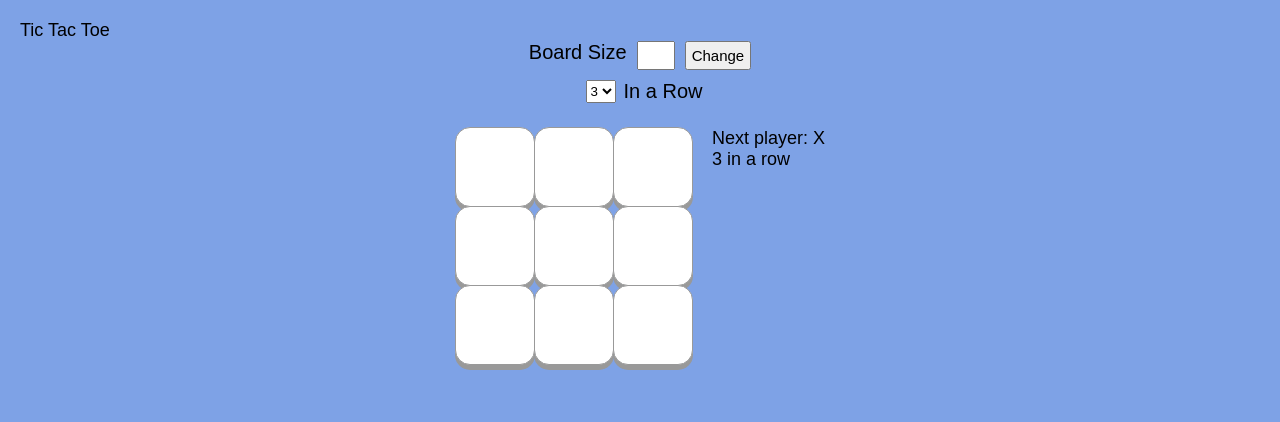
Repository: yshong211/tic-tac-toe-0708
Page: /
An editor plug-in stored every save of this project. The page is shown before and after the next save, followed by the edit.
The browser window is 1280 px wide. The pictures show the whole page.
The project was rebuilt for these pictures with package versions that can differ from the ones it lists, and the page was loaded fresh each time.

Above is the page before, as saved 2020-07-09 10:21:22.

### src/index.jsx
import React from 'react';
import ReactDOM from 'react-dom';
import './index.css';
import GetDim from './components/getDim/getDim';

// ========================================

// renders the game component to element

ReactDOM.render(<GetDim />, document.getElementById('root'));

### src/index.css
body {
  font: 18px 'Century Gothic', Futura, sans-serif; /* size, font */
  margin: 20px; /* space outside of border */
  background-color: rgb(126, 162, 230);
}

form {
  margin-bottom: 20px;
}

ol,
ul {
  padding-left: 30px; /* space b/t left border to content */
}

.board-row:after {
  clear: both;
  content: '';
  display: table;
}

.status {
  margin-bottom: 10px;
}


.square:focus {
  outline: none;
}

.kbd-navigation .square:focus {
  background: #ddd;
}

### src/components/getDim/getDim.jsx
import React from 'react';
import Game from '../game/game';
import './getDim.css';

export default class GetDim extends React.Component {
  constructor(props) {
    super(props);
    this.state = { rows: 3, winning: 3, board: [] };
    this.handleInputChange = this.handleInputChange.bind(this);
    this.handleClick = this.handleClick.bind(this);
  }

  handleInputChange(event) {
    const value = event.target.value;
    const name = event.target.name;
    this.setState({
      [name]: value,
    });
  }

  handleClick(e) {
    e.preventDefault();
    if (window.confirm('It will refresh the game! Continue?')) {
      if (this.refs.rows.value < 3 || this.refs.rows.value > 10) {
        alert('3-10 only');
      } else {
        this.setState({
          rows: this.refs.rows.value,
          board: [],
        });
      }
    }
  }

  how_many(rows) {
    let how = [];
    for (let i = 3; i <= rows; i++) {
      how.push(<option value={i}>{i}</option>);
    }
    return how;
  }

  render() {
    return (
      <div className="submission">
        <div className="game_name">Tic Tac Toe</div>
        <form>
          <label className="size">
            Board Size
            <br />
            <input ref="rows" type="number" />
            <button
              className="submit"
              onClick={(e) => {
                this.handleClick(e);
              }}
            >
              Change
            </button>
          </label>
        </form>

        <label className="win">
          <select
            className="win_select"
            name="winning"
            value={this.state.winning}
            onChange={this.handleInputChange}
          >
            {this.how_many(this.state.rows)}
          </select>
          In a Row
          <br />
        </label>

        <Game
          rows={parseInt(this.state.winning)}
          board_rows={parseInt(this.state.rows)}
          board={this.state.board}
        />
      </div>
    );
  }
}

### src/components/game/game.jsx
import React from 'react';
import Board from '../board/board';
import './game.css';

export default class Game extends React.Component {
  constructor(props) {
    super(props);
    this.state = {
      history: [], // track the last index
      stepNumber: 0, // count var
      xIsNext: true,
    };
  }

  hor(squares, row_length, count, x, o) {
    let index = 0;
    for (let i = 0; i < this.props.board_rows; i++) {
      for (let j = 0; j < this.props.board_rows; j++) {
        if (squares[index] === 'X') {
          x++;
          o = 0;
          count++;
        } else if (squares[index] === 'O') {
          o++;
          x = 0;
          count++;
        } else {
          count = 0;
        }
        index++;
        if (o >= row_length && count >= row_length) {
          return 'O';
        }
        if (x >= row_length && count >= row_length) {
          return 'X';
        }
      }
      x = 0;
      o = 0;
    }
  }

  vert(squares, row_length, count, x, o) {
    for (let i = 0; i < this.props.board_rows; i++) {
      for (
        let j = i;
        j < this.props.board_rows ** 2;
        j += this.props.board_rows
      ) {
        if (squares[j] === 'X') {
          x++;
          o = 0;
          count++;
        } else if (squares[j] === 'O') {
          o++;
          x = 0;
          count++;
        } else {
          count = 0;
        }
        if (o >= row_length && count >= row_length) {
          return 'O';
        }
        if (x >= row_length && count >= row_length) {
          return 'X';
        }
      }
      x = 0;
      o = 0;
    }
  }

  cross(squares, row_length, count, x, o) {
    //let track = 1;
    //let rows = this.props.board_rows;
    for (let i = row_length - 1; i < row_length ** 2 - 1; i += row_length - 1) {
      if (squares[i] === 'X') {
        x++;
      }
      if (squares[i] === 'O') {
        o++;
      }
      count++;
    }
    if (o === row_length) {
      return 'O';
    }
    if (x === row_length) {
      return 'X';
    }
    o = 0;
    x = 0;

    for (let j = row_length - 1; j < row_length ** 2 - 1; j += row_length - 1) {
      if (squares[j] === 'X') {
        x++;
      }
      if (squares[j] === 'O') {
        o++;
      }
      count++;
    }
    if (o === row_length) {
      return 'O';
    }
    if (x === row_length) {
      return 'X';
    }
    o = 0;
    x = 0;
  }

  calculateWinner(squares, rows) {
    const count = 0;
    const x = 0;
    const o = 0;
    if (
      this.hor(squares, rows, count, x, o) === 'O' ||
      this.hor(squares, rows, count, x, o) === 'X'
    ) {
      return this.hor(squares, rows, count, x, o);
    } else if (
      this.vert(squares, rows, count, x, o) === 'O' ||
      this.vert(squares, rows, count, x, o) === 'X'
    ) {
      return this.vert(squares, rows, count, x, o);
    } else if (
      this.cross(squares, rows, count, x, o) === 'O' ||
      this.cross(squares, rows, count, x, o) === 'X'
    ) {
      return this.cross(squares, rows, count, x, o);
    }

    return null;
  }

  handleClick(i) {
    const hist = this.state.history;
    const squares = this.props.board;
    const rows = this.props.rows;
    if (this.calculateWinner(squares, rows) || squares[i]) {
      // ends the game
      return;
    }
    squares[i] = this.state.xIsNext ? 'X' : 'O';
    hist.push(i);
    this.setState({
      board: squares,
      history: hist,
      stepNumber: this.state.history.length,
      xIsNext: !this.state.xIsNext, // changes turn
    });
  }

  jumpTo(history, board, step) {
    for (let i = history.length - 1; i >= step; i--) {
      board[history.pop()] = null;
    }
    this.setState({
      stepNumber: step,
      xIsNext: step % 2 === 0,
    });
  }

  render() {
    const board = this.props.board;
    const history = this.state.history;
    const rows = this.props.rows;
    const winner = this.calculateWinner(board, rows);
    const moves = history.map((step, move) => {
      const desc = move ? 'Go to move #' + move : 'Refresh';

      return (
        <li key={move}>
          <button onClick={() => this.jumpTo(history, board, move)}>
            {desc}
          </button>
        </li>
      );
    });

    let status;
    winner
      ? (status = 'Winner: ' + winner)
      : (status = 'Next player: ' + (this.state.xIsNext ? 'X' : 'O'));

    return (
      <div className="game">
        <div className="game-board">
          <Board
            rows={this.props.board_rows}
            squares={board}
            onClick={(i) => this.handleClick(i)}
          />
        </div>
        <div className="game-info">
          <div>{status}</div>
          <div>{rows} in a row</div>
          <ol>{moves}</ol>
        </div>
      </div>
    );
  }
}

### src/components/getDim/getDim.css
input {
  margin-left: 10px;
  width: 30px;
  height: 23px;
}
select {
  margin-left: 8px;
}
form {
  margin-bottom: 10px;
}
.game_name {
  font-size:
  text-align: center;
}
.submit {
  margin-left: 10px;
  padding: 3px 5px;
  font-size: 15px;

}
.size {
  display: flex;
  font-size: 20px;
  justify-content: center;
}
.win {
  display: flex;
  font-size: 20px;
  justify-content: center;
  align-content: flex-start;
  padding: 0px;
  /*margin-top: 5px;*/
}
.win_select {
  margin-right: 8px;
}

### src/components/board/board.jsx
import React from 'react';
import Square from '../square/square';

export default class Board extends React.Component {
  renderSquare(i) {
    return (
      <Square
        value={this.props.squares[i]}
        onClick={() => this.props.onClick(i)}
      />
    );
  }
  create_rq(start, end) {
    let rows = [];
    for (let i = start; i < end; i++) {
      rows.push(this.renderSquare(i));
    }
    return rows;
  }
  create_row(start) {
    let board_r = [];
    for (let i = 0; i < start; i++) {
      let new_r = i * start;
      let new_end = parseInt(new_r) + parseInt(start);
      board_r.push(
        <div className="board-row">{this.create_rq(new_r, new_end)}</div>
      );
    }
    return board_r;
  }
  render() {
    return <div>{this.create_row(this.props.rows)}</div>;
  }
}

### src/components/game/game.css
.game {
    margin-top: 25px;
    display: flex;
    flex-direction: row;
    justify-content: center;
  }

  .game-info {
    margin-left: 20px;
  }

### src/components/square/square.jsx
import React from 'react';
import './square.css'

export default function Square(props) {
  return (
    <button className="square" onClick={props.onClick}>
      {props.value}
    </button>
  );
}

### src/components/square/square.css
.square {
  display: inline-block;
  background: rgb(255, 255, 255);
  border: 1px solid #999;
  float: left;
  font-size: 60px;
  cursor: pointer;
  font-weight: bold;
  line-height: 80px;
  height: 80px;
  margin-right: -1px;
  margin-top: -1px;
  padding: 0;
  text-align: center;
  width: 80px;
  border-radius: 15px;
  box-shadow: 0 5px #999;
}

.square:hover {
  background-color: #e6e6fa;
}
.square:active {
  background-color: #525252;
  box-shadow: 0 5px #666;
  transform: translateY(4px);
}

Loaded but not shown: public/index.html (common file)

After the next save:
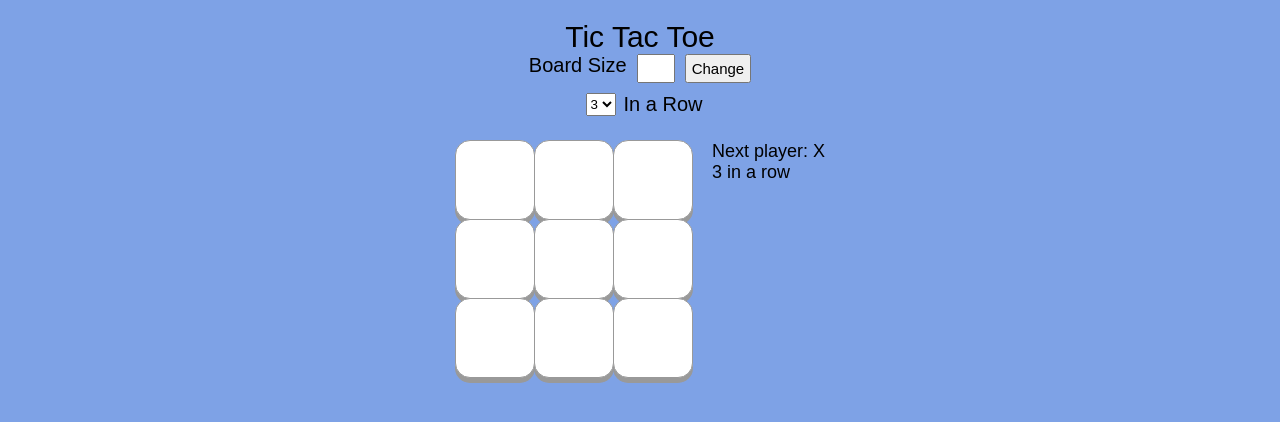
Saved 4 s later.
--- a/src/components/getDim/getDim.css
+++ b/src/components/getDim/getDim.css
@@ -10,7 +10,7 @@ form {
   margin-bottom: 10px;
 }
 .game_name {
-  font-size:
+  font-size:30px;
   text-align: center;
 }
 .submit {
